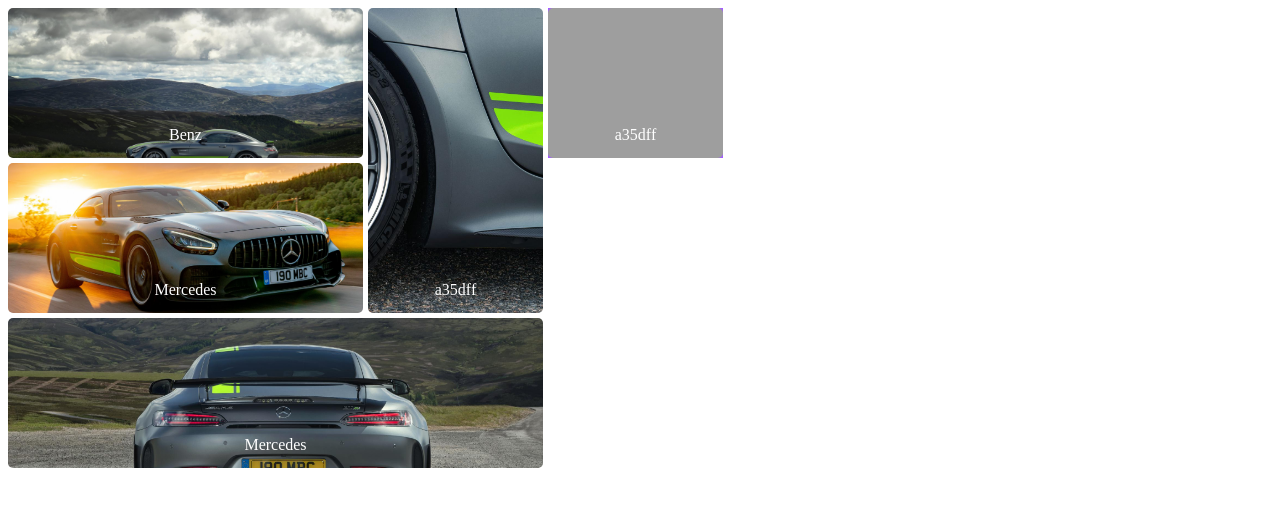
Repository: YoussefElsaygh/metrostyle
Page: index.html
These files come from the project's save history. The page is drawn as it stood at one moment and after the next save; the edit follows.
The browser window is 1280 px wide. The pictures show the whole page.
Pictures or frames that could not be fetched are drawn as grey boxes.

Above is the page before, as saved 2019-12-16 04:27:57.

After the next save:
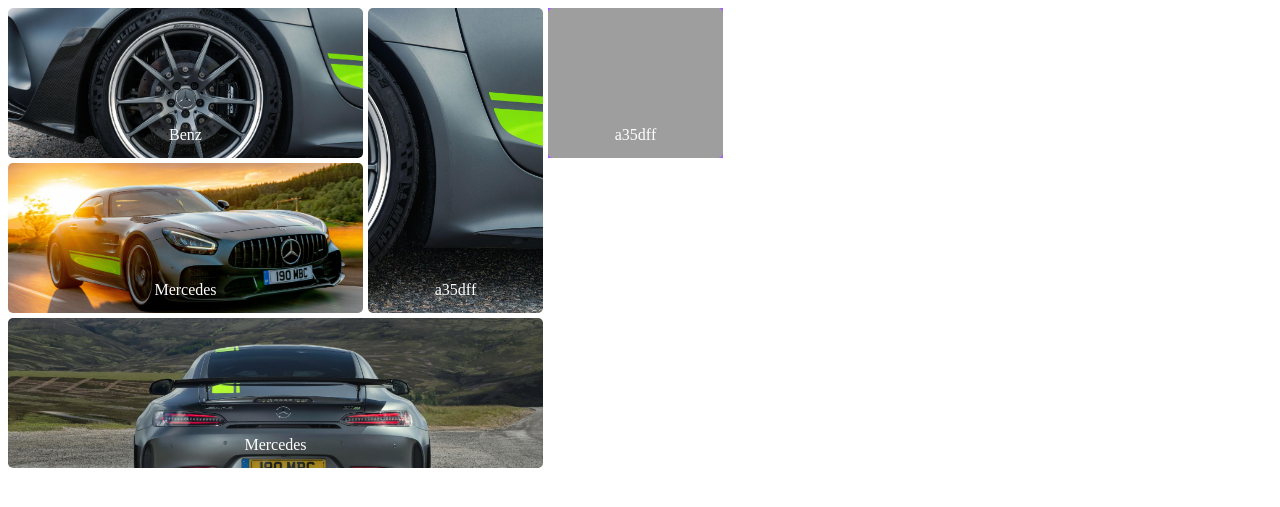
Saved 13 s later.
--- a/index.js
+++ b/index.js
@@ -21,7 +21,7 @@
     align:'horizontal',
 
     data: {
-        imageSource:"../img/Mercedes/m2.jpg",
+        imageSource:"../img/Mercedes/m5.jpg",
         clickCallback: () => {
             console.log("item clicked ");
         },
